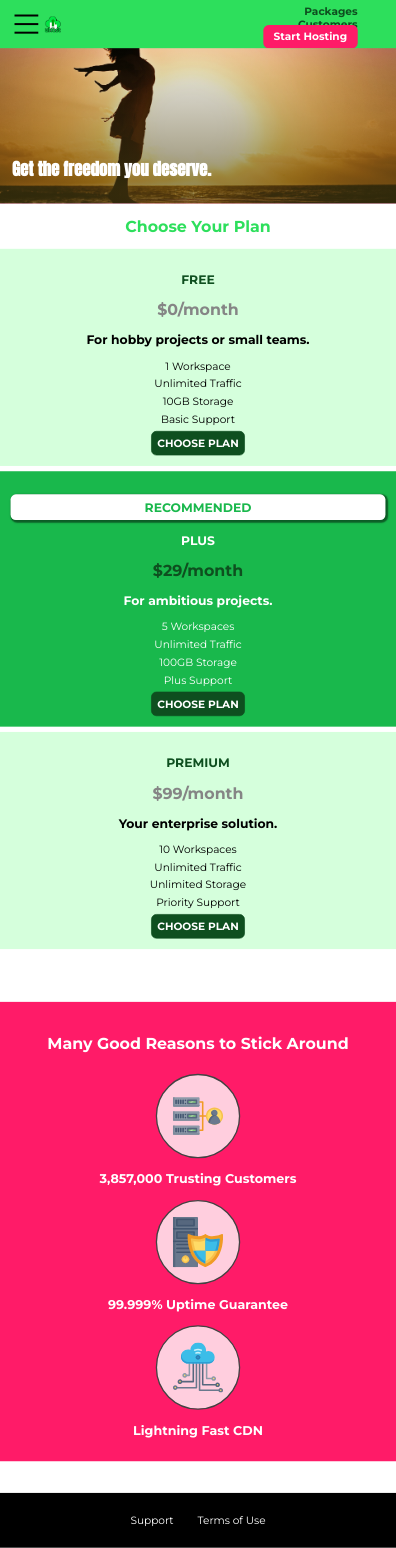
Repository: Nowacki97PL/UdemyCSS
Page: index.html
An editor plug-in stored every save of this project. The page is shown before and after a run of saves, followed by the edit.
The browser window is 600 px wide. The pictures show the whole page, at 66% of full size.

Above is the page before, as saved 2023-11-26 12:11:22.

After the next 3 saves:
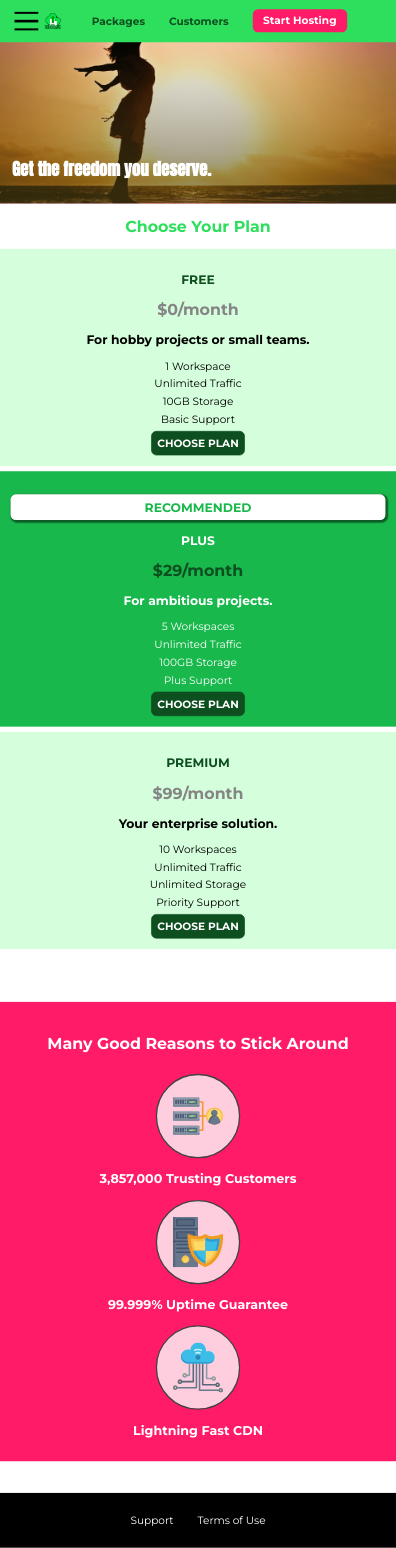
The 3 saves are shown as one change because they came seconds apart.
The last was saved 11 s later.
--- a/shared.css
+++ b/shared.css
@@ -94,7 +94,9 @@ body {
   list-style: none;
 }
 
-@media (max-width)
+@media (max-width: 40rem) {
+
+}
 
 .main-nav__item {
   display: inline-block;
